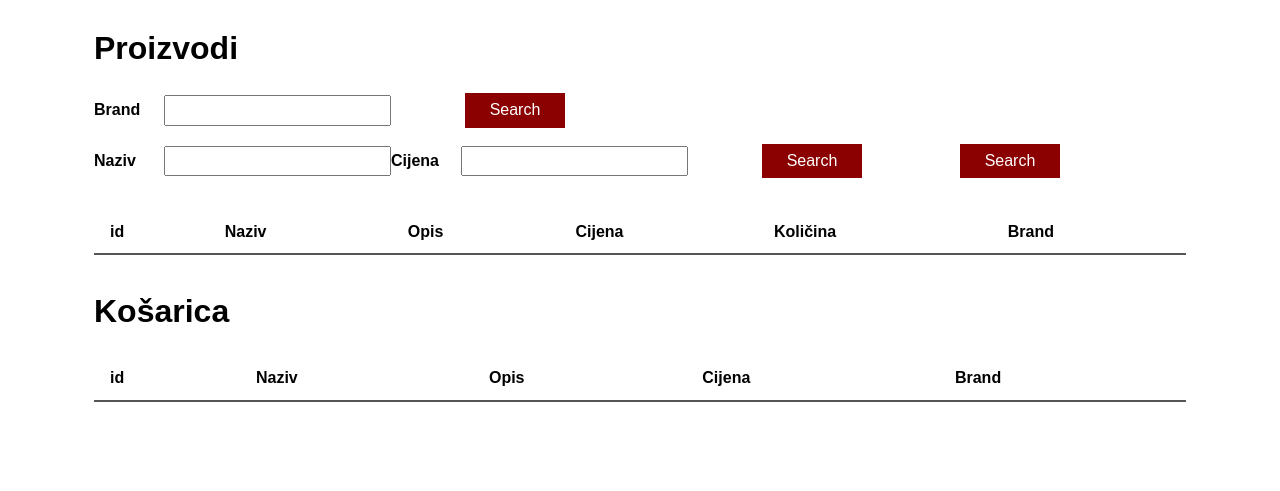
Repository: ivan-baljkas/pristupni_zadatak
Page: / (app in frontend/react-akademija-master/)
These files come from the project's save history. The page is drawn as it stood at one moment and after the next save; the edit follows.
The browser window is 1280 px wide. The pictures show the whole page.
The page's requests for data from a server got no answer. The project was rebuilt for these pictures with package versions that can differ from the ones it lists, and the page was loaded fresh each time. No one was signed in, and anything a server would have sent is missing. Also part of the build but not shown: frontend/react-akademija-master/src/components/TableItem.jsx, frontend/react-akademija-master/src/components/TableItem2.jsx.

Above is the page before, as saved 2021-07-26 10:45:28.

After the next save:
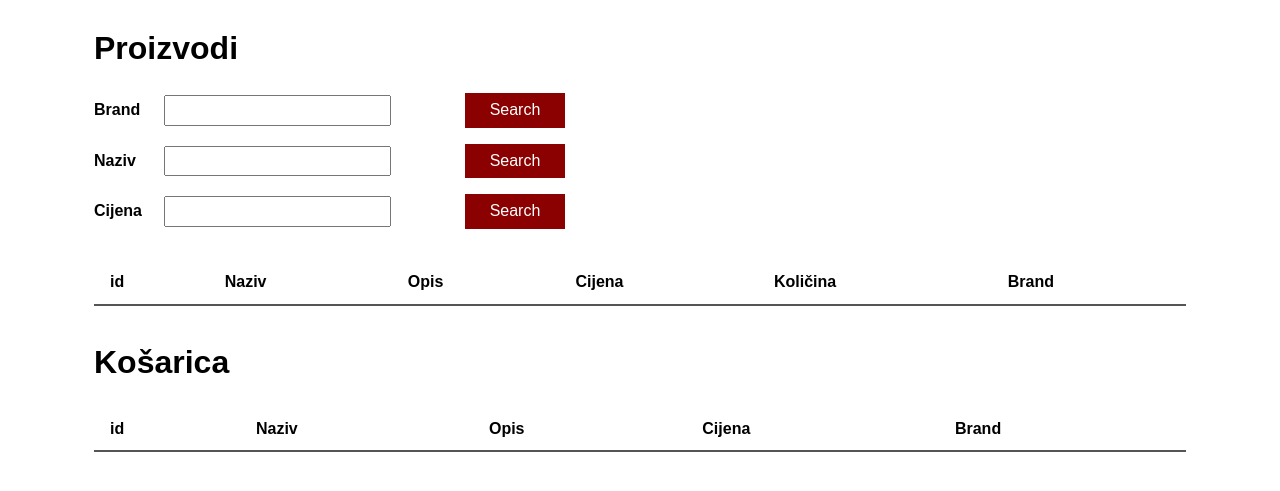
Saved 44 s later.
--- a/frontend/react-akademija-master/src/components/SearchForm.jsx
+++ b/frontend/react-akademija-master/src/components/SearchForm.jsx
@@ -13,12 +13,13 @@ export const SearchForm = (props) =>{
 
             </div>
             <div>
-            <label htmlFor="query">Naziv</label>
+            <   label htmlFor="query">Naziv</label>
                 <input type="text" id="query" name="query" onChange={props.handleQueryChange}/>
-
+                <button type="submit">Search</button>
+            </div>
+            <div>
                 <label htmlFor="query">Cijena</label>
                 <input type="text" id="query" name="query" onChange={props.handleQueryChange}/>
-                <button type="submit">Search</button>
                 <button type="submit">Search</button>
             </div>
 
